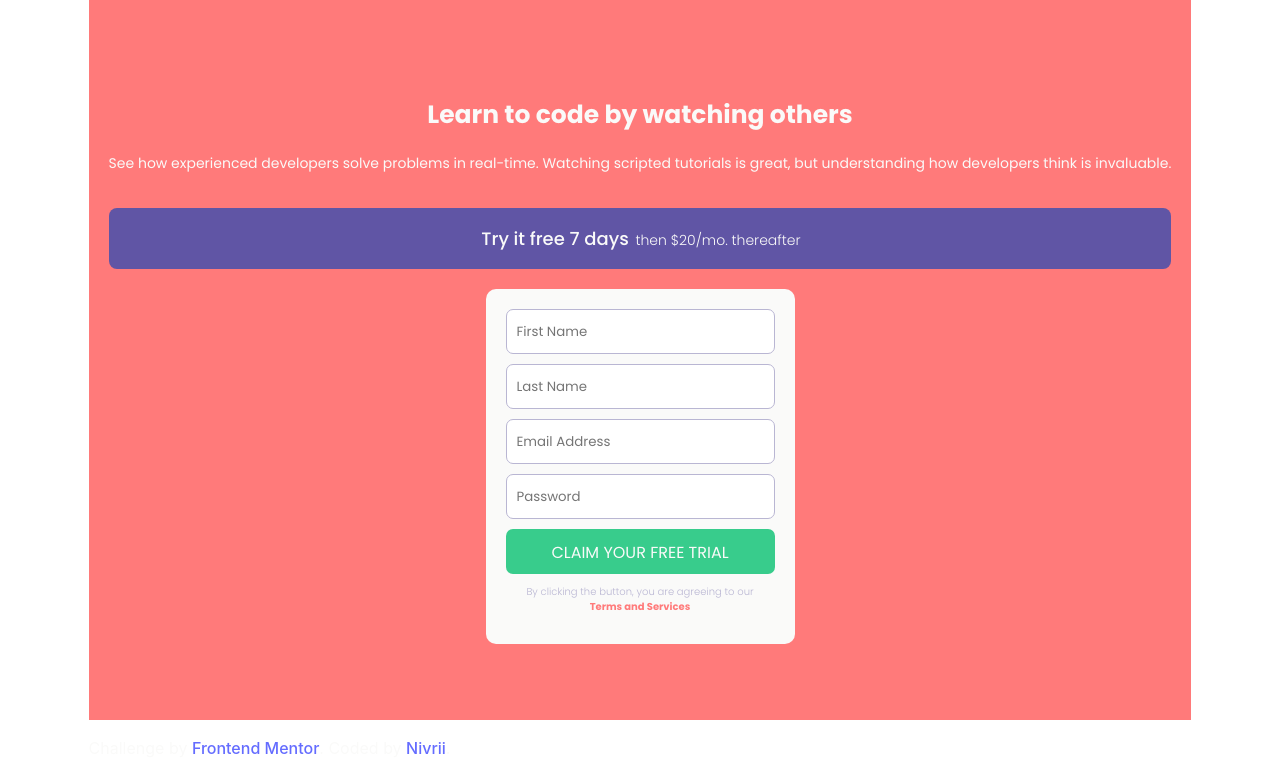
Repository: nivrii/intro-component-with-signup
Page: /
The author's editor kept a copy of each file at every save. The page is drawn from the files as they stood at one save, then again after the next save.
The browser window is 1280 px wide. The pictures show the whole page.
The project was rebuilt for these pictures with package versions that can differ from the ones it lists, and the page was loaded fresh each time. Also part of the build but not shown: vite.config.js.

Above is the page before, as saved 2023-10-12 11:47:30.

After the next save:
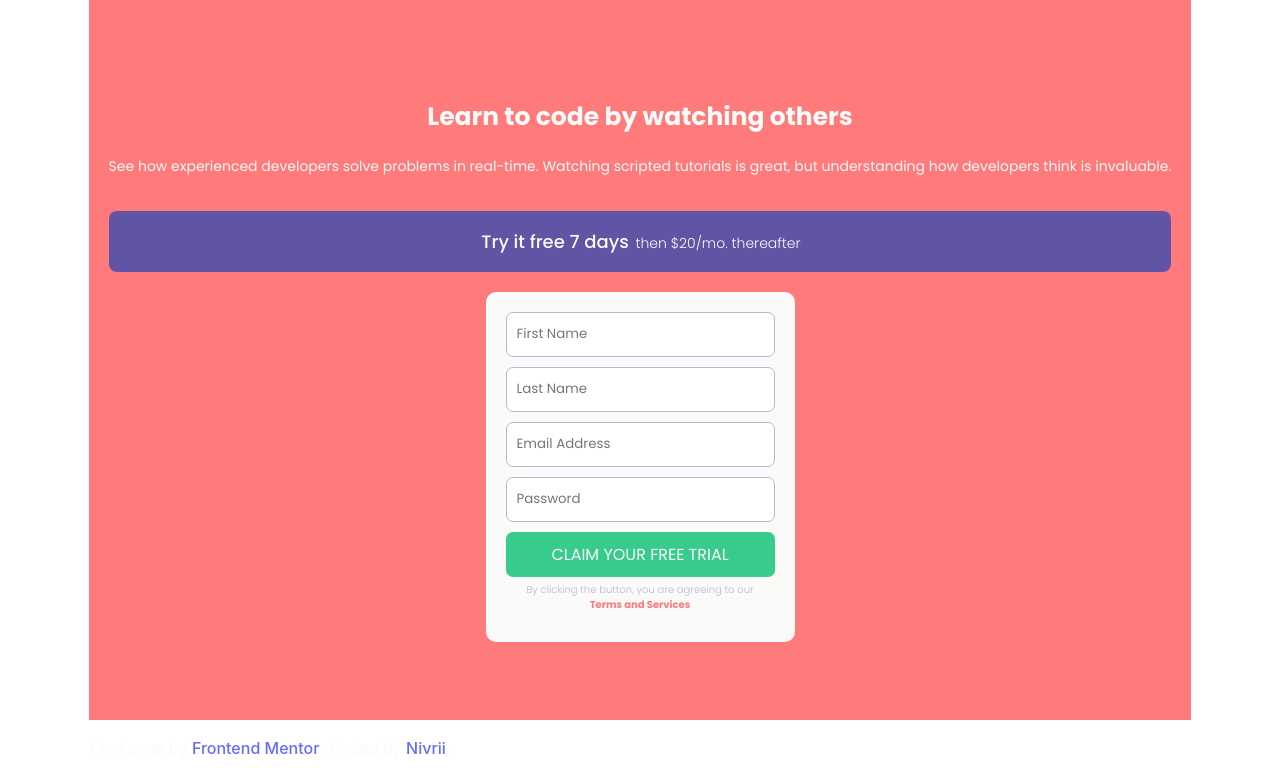
Saved 8 s later.
--- a/src/Form/Form.css
+++ b/src/Form/Form.css
@@ -31,7 +31,7 @@
   & .pWrap {
     padding: 10px;
     text-align: center;
-    margin-top: -10px;
+    margin-top: -15px;
     & * {
       margin: 0;
       font-size: 10px;
